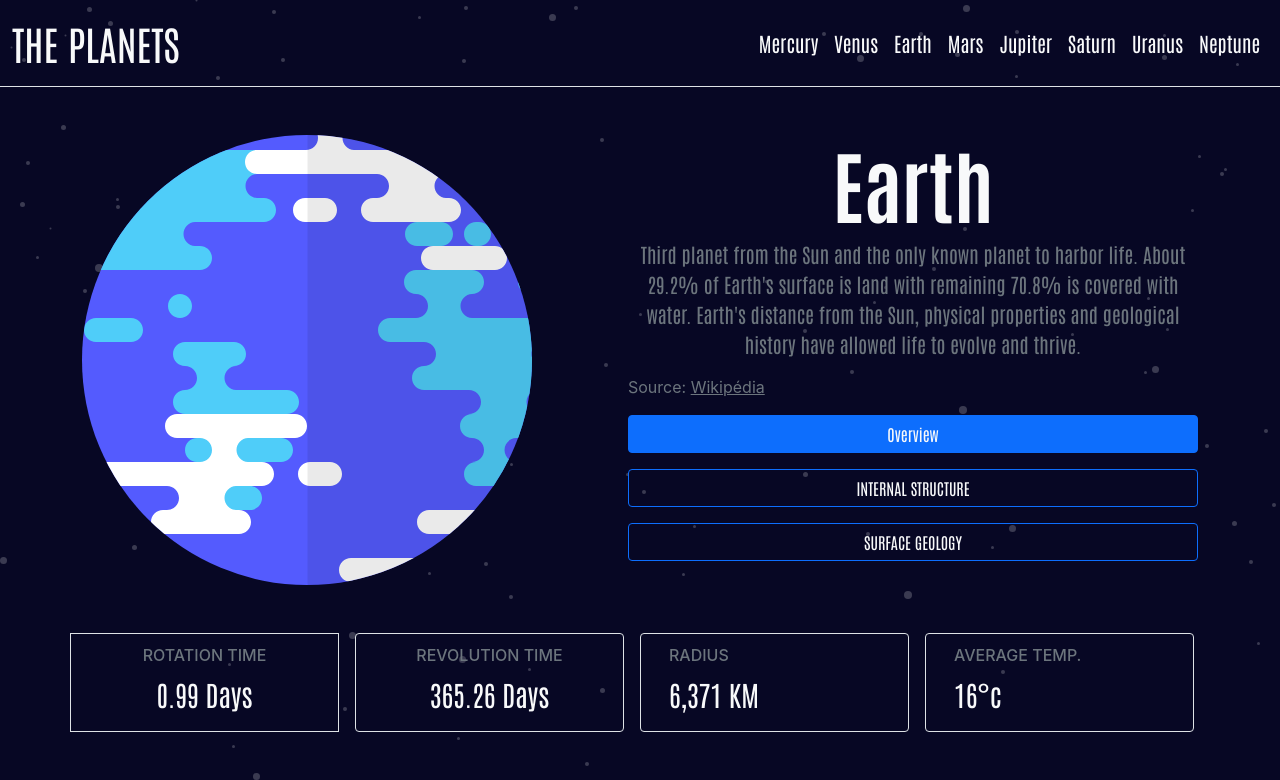
Repository: andre06x/the-planets
Page: /
These files come from the project's save history. The page is drawn as it stood at one moment and after the next save; the edit follows.
The browser window is 1280 px wide. The pictures show the whole page.
The project was rebuilt for these pictures with package versions that can differ from the ones it lists, and the page was loaded fresh each time.

Above is the page before, as saved 2021-10-19 16:41:49.

### public/index.html
<!DOCTYPE html>
<html lang="en">

<head>
  <meta charset="utf-8" />
  <link rel="icon" href="%PUBLIC_URL%/favicon.ico" />
  <meta name="viewport" content="width=device-width, initial-scale=1" />
  <meta name="theme-color" content="#000000" />
  <link rel="preconnect" href="https://fonts.googleapis.com">
  <link rel="preconnect" href="https://fonts.gstatic.com" crossorigin>
  <link href="https://fonts.googleapis.com/css2?family=Antonio:wght@400;500;600;700&display=swap" rel="stylesheet">
  <meta name="description" content="Web site created using create-react-app" />
  <link rel="apple-touch-icon" href="%PUBLIC_URL%/logo192.png" />
  <link rel="manifest" href="%PUBLIC_URL%/manifest.json" />
  <link rel="stylesheet" href="%PUBLIC_URL%/bootstrap-5.1.3-dist/css/bootstrap.min.css">
  <title>React App</title>
</head>

<body>
  <noscript>You need to enable JavaScript to run this app.</noscript>
  <div id="root"></div>
  <script src="./bootstrap-5.1.3-dist/js/bootstrap.min.js"></script>
</body>

</html>

### src/index.js
import React from 'react';
import ReactDOM from 'react-dom';
import App from './App';
import reportWebVitals from './reportWebVitals';
import Global from './styles/global';

ReactDOM.render(
  <React.StrictMode>
    <Global />
    <App />
  </React.StrictMode>,
  document.getElementById('root')
);

// If you want to start measuring performance in your app, pass a function
// to log results (for example: reportWebVitals(console.log))
// or send to an analytics endpoint. Learn more: https://bit.ly/CRA-vitals
reportWebVitals();

### src/App.js
import logo from './logo.svg';
// import './App.css';
import Header from './components/Header';
import Container from './components/Container';

function App() {
  return (
    <div className="App">
      <Header />
      <Container />
    </div>
  );
}

export default App;

### src/styles/global.js
import { createGlobalStyle } from 'styled-components';
import img from '../background-stars.svg';

export default createGlobalStyle`
  body {
    background-image: url(${img});
    background-color: #070724;
    background-repeat: repeat;
  margin: 0;
  font-family: -apple-system, BlinkMacSystemFont, 'Segoe UI', 'Roboto', 'Oxygen',
    'Ubuntu', 'Cantarell', 'Fira Sans', 'Droid Sans', 'Helvetica Neue',
    sans-serif;
  -webkit-font-smoothing: antialiased;
  -moz-osx-font-smoothing: grayscale;
}

code {
  font-family: source-code-pro, Menlo, Monaco, Consolas, 'Courier New',
    monospace;
}
`;

### src/components/Header.js
import React, { useEffect } from 'react';
import data from '../data.json';
import { usePlanet } from '../zustand';

const Header = () => {
  const planetSetar = usePlanet(state => state.nomePlanet);
  const planet = usePlanet(state => state.planet);

  useEffect(() => {
    console.log(planet)
  }, [planet])

  return (
    <nav class="navbar navbar-expand-lg navbar-dark bg-transparent border-bottom border-muted ">
      <div class="container-fluid d-flex justify-content-between">
        <a class="navbar-brand fs-1 text-light font-antonio" href="#">THE PLANETS</a>
        <button class="navbar-toggler text-light" type="button" data-bs-toggle="collapse" data-bs-target="#navbarSupportedContent" aria-controls="navbarSupportedContent" aria-expanded="false" aria-label="Toggle navigation">
          <span class="navbar-toggler-icon text-light"></span>
        </button>
        <div class="collapse navbar-collapse justify-content-end" id="navbarSupportedContent">
          <div>
            <ul class="navbar-nav me-auto mb-2 mb-lg-0">
              {
                data.map(d => (
                  <li class="nav-item">
                    <a
                      class="nav-link active text-light fs-5 font-antonio"
                      aria-current="page"
                      href="#"
                      onClick={() => planetSetar(d.name)}
                    >
                      {d.name}
                    </a>
                  </li>
                ))
              }
            </ul>
          </div>
        </div>
      </div>
    </nav>
  )
}



export default Header

### src/components/Container.js
import React, { useEffect, useState } from 'react';
// import earth from '../assets/planet-earth.svg';
import data from '../data.json';
import { usePlanet } from '../zustand';

const Container = () => {
  const [selectBox, setSelectBox] = useState(1);
  const planet = usePlanet(state => state.planet);
  // const [planet, setPlanet] = useState('Earth');
  const [text, setText] = useState(data.filter(d => d.name === planet)[0].overview);
  const [imagee, setImagee] = useState('assets/planet-earth.svg');
  const [dataPlanet, setDataPlanet] = useState(['']);



  const op = [
    { id: 1, titulo: 'Overview' },
    { id: 2, titulo: 'INTERNAL STRUCTURE' },
    { id: 3, titulo: 'SURFACE GEOLOGY' },
  ]

  function buttonChange(o) {
    setSelectBox(o.id);

    if (o.id === 1) {
      setText(data.filter(d => d.name === planet)[0].overview);
      setImagee(data.filter(d => d.name === planet)[0].images.planet);
    }

    if (o.id === 2) {
      setText(data.filter(d => d.name === planet)[0].structure);
      setImagee(data.filter(d => d.name === planet)[0].images.internal);

    }

    if (o.id === 3) {
      setText(data.filter(d => d.name === planet)[0].geology);
      setImagee(data.filter(d => d.name === planet)[0].images.geology);

    }

  }

  useEffect(() => {
    setDataPlanet(data.filter(d => d.name === planet)[0]);
    setImagee(data.filter(d => d.name === planet)[0].images.planet);
    setText(data.filter(d => d.name === planet)[0].overview);
    setSelectBox(1);

  }, [planet]);
  return (
    <div className="container mt-md-5">
      <div className="d-flex flex-column">
        <div className="d-flex flex-md-row flex-column-reverse justify-content-between">
          <div className="me-md-5 d-flex justify-content-center">
            <img src={imagee} alt="" />
          </div>
          <div className="ms-md-5 d-flex flex-md-column flex-column-reverse">
            <h1 className="display-1 text-light font-antonio fw-bold text-center">
              {planet}
            </h1>
            <p className="lead text-muted font-antonio text-center">
              {text.content}
            </p>
            <span className="text-secondary">
              Source: <a href="" className="text-secondary"> Wikipédia</a>
            </span>

            <div className="d-flex flex-md-column mt-md-3 font-antonio fw-bold">
              {op.map(o => (
                <button
                  className={`btn text-light btn-outline-primary mb-3 col-4 col-md-12 ${selectBox === o.id ? ' btn-primary' : ''}`}
                  onClick={() => buttonChange(o)}
                >
                  {o.titulo}
                </button>
              ))}
            </div>
          </div>
        </div>
      </div>
      <div className="row mt-5 mb-5 flex-md-row flex-column">
        <div class="col me-3 bg-transparent border">
          <div class="card-body d-flex flex-md-column justify-content-between align-items-center">
            <h6 class="card-subtitle mb-md-2 text-muted">
              ROTATION TIME
            </h6>
            <p class="card-text text-light font-antonio fs-md-1 fs-3">
              {dataPlanet.rotation}
            </p>
          </div>
        </div>
        <div class="card col me-3 bg-transparent border">
        <div class="card-body d-flex flex-md-column justify-content-between align-items-center">
        <h6 class="card-subtitle mb-md-2 text-muted">
              REVOLUTION TIME
            </h6>
            <p class="card-text text-light font-antonio fs-md-1 fs-3">
              {dataPlanet.revolution}
            </p>
          </div>
        </div>
        <div class="card col me-3 bg-transparent border">
          <div class="card-body">
            <h6 class="card-subtitle mb-2 text-muted">
              RADIUS
            </h6>
            <p class="card-text text-light font-antonio fs-md-1 fs-3">
              {dataPlanet.radius}
            </p>
          </div>
        </div>
        <div class="card col me-3 bg-transparent border">
          <div class="card-body">
            <h6 class="card-subtitle mb-2 text-muted">
              AVERAGE TEMP.
            </h6>
            <p class="card-text text-light font-antonio fs-md-1 fs-3">
              {dataPlanet.temperature}
            </p>
          </div>
        </div>
      </div>
    </div>
  )
}

export default Container;

### src/data.json
[
  {
    "name": "Mercury",
    "overview": {
      "content": "Mercury is the smallest planet in the Solar System and the closest to the Sun. Its orbit around the Sun takes 87.97 Earth days, the shortest of all the Sun's planets. Mercury is one of four terrestrial planets in the Solar System, and is a rocky body like Earth.",
      "source": "https://en.wikipedia.org/wiki/Mercury_(planet)"
    },
    "structure": {
      "content": "Mercury appears to have a solid silicate crust and mantle overlying a solid, iron sulfide outer core layer, a deeper liquid core layer, and a solid inner core. The planet's density is the second highest in the Solar System at 5.427 g/cm3 , only slightly less than Earth's density.",
      "source": "https://en.wikipedia.org/wiki/Mercury_(planet)#Internal_structure"
    },
    "geology": {
      "content": "Mercury's surface is similar in appearance to that of the Moon, showing extensive mare-like plains and heavy cratering, indicating that it has been geologically inactive for billions of years. It is more heterogeneous than either Mars's or the Moon’s.",
      "source": "https://en.wikipedia.org/wiki/Mercury_(planet)#Surface_geology"
    },
    "rotation": "58.6 Days",
    "revolution": "87.97 Days",
    "radius": "2,439.7 KM",
    "temperature": "430°c",
    "images": {
      "planet": "assets/planet-mercury.svg",
      "internal": "assets/planet-mercury-internal.svg",
      "geology": "assets/geology-mercury.png"
    }
  },
  {
    "name": "Venus",
    "overview": {
      "content": "Venus is the second planet from the Sun. It is named after the Roman goddess of love and beauty. As the brightest natural object in Earth's night sky after the Moon, Venus can cast shadows and can be, on rare occasions, visible to the naked eye in broad daylight.",
      "source": "https://en.wikipedia.org/wiki/Venus"
    },
    "structure": {
      "content": "The similarity in size and density between Venus and Earth suggests they share a similar internal structure: a core, mantle, and crust. Like that of Earth, Venusian core is most likely at least partially liquid because the two planets have been cooling at about the same rate.",
      "source": "https://en.wikipedia.org/wiki/Venus#Internal_structure"
    },
    "geology": {
      "content": "Much of the Venusian surface appears to have been shaped by volcanic activity. Venus has several times as many volcanoes as Earth, and it has 167 large volcanoes that are over 100 km (60 mi) across. The only volcanic complex of this size on Earth is the Big Island of Hawaii.",
      "source": "https://en.wikipedia.org/wiki/Venus#Surface_geology"
    },
    "rotation": "243 Days",
    "revolution": "224.7 Days",
    "radius": "6,051.8 KM",
    "temperature": "471°c",
    "images": {
      "planet": "assets/planet-venus.svg",
      "internal": "assets/planet-venus-internal.svg",
      "geology": "assets/geology-venus.png"
    }
  },
  {
    "name": "Earth",
    "overview": {
      "content": "Third planet from the Sun and the only known planet to harbor life. About 29.2% of Earth's surface is land with remaining 70.8% is covered with water. Earth's distance from the Sun, physical properties and geological history have allowed life to evolve and thrive.",
      "source": "https://en.wikipedia.org/wiki/Earth"
    },
    "structure": {
      "content": "Earth's interior, like that of the other terrestrial planets, is divided into layers by their chemical or physical (rheological) properties. The outer layer is a chemically distinct silicate solid crust, which is underlain by a highly viscous solid mantle.",
      "source": "https://en.wikipedia.org/wiki/Earth#Internal_structure"
    },
    "geology": {
      "content": "The total surface area of Earth is about 510 million km2. The continental crust consists of lower density material such as the igneous rocks granite and andesite. Less common is basalt, a denser volcanic rock that is the primary constituent of the ocean floors.",
      "source": "https://en.wikipedia.org/wiki/Earth#Surface"
    },
    "rotation": "0.99 Days",
    "revolution": "365.26 Days",
    "radius": "6,371 KM",
    "temperature": "16°c",
    "images": {
      "planet": "assets/planet-earth.svg",
      "internal": "assets/planet-earth-internal.svg",
      "geology": "assets/geology-earth.png"
    }
  },
  {
    "name": "Mars",
    "overview": {
      "content": "Mars is the fourth planet from the Sun and the second-smallest planet in the Solar System, being larger than only Mercury. In English, Mars carries the name of the Roman god of war and is often referred to as the \"Red Planet\".",
      "source": "https://en.wikipedia.org/wiki/Mars"
    },
    "structure": {
      "content": "Like Earth, Mars has differentiated into a dense metallic core overlaid by less dense materials. Scientists initially determined that the core is at least partially liquid. Current models of its interior imply a core consisting primarily of iron and nickel with about 16–17% sulfur.",
      "source": "https://en.wikipedia.org/wiki/Mars#Internal_structure"
    },
    "geology": {
      "content": "Mars is a terrestrial planet whose surface consists of minerals containing silicon and oxygen, metals, and other elements that typically make up rock. The surface is primarily composed of tholeiitic basalt, although parts are more silica-rich than typical basalt.",
      "source": "https://en.wikipedia.org/wiki/Mars#Surface_geology"
    },
    "rotation": "1.03 Days",
    "revolution": "1.88 Years",
    "radius": "3,389.5 KM",
    "temperature": "-28°c",
    "images": {
      "planet": "assets/planet-mars.svg",
      "internal": "assets/planet-mars-internal.svg",
      "geology": "assets/geology-mars.png"
    }
  },
  {
    "name": "Jupiter",
    "overview": {
      "content": "Jupiter is the fifth planet from the Sun and the largest in the Solar System. It is a gas giant with a mass two and a half times that of all the other planets in the Solar System combined, but less than one-thousandth the mass of the Sun.",
      "source": "https://en.wikipedia.org/wiki/Jupiter"
    },
    "structure": {
      "content": "When the Juno arrived in 2016, it found that Jupiter has a very diffuse core that mixes into its mantle. A possible cause is an impact from a planet of about ten Earth masses a few million years after Jupiter's formation, which would have disrupted an originally solid Jovian core.",
      "source": "https://en.wikipedia.org/wiki/Jupiter#Internal_structure"
    },
    "geology": {
      "content": "The best known feature of Jupiter is the Great Red Spot, a persistent anticyclonic storm located 22° south of the equator. It is known to have existed since at least 1831, and possibly since 1665.",
      "source": "https://en.wikipedia.org/wiki/Jupiter#Great_Red_Spot_and_other_vortices"
    },
    "rotation": "9.93 Hours",
    "revolution": "11.86 Years",
    "radius": "69,911 KM",
    "temperature": "-108°c",
    "images": {
      "planet": "assets/planet-jupiter.svg",
      "internal": "assets/planet-jupiter-internal.svg",
      "geology": "assets/geology-jupiter.png"
    }
  },
  {
    "name": "Saturn",
    "overview": {
      "content": "Saturn is the sixth planet from the Sun and the second-largest in the Solar System, after Jupiter. It is a gas giant with an average radius of about nine and a half times that of Earth. It only has one-eighth the average density of Earth.",
      "source": "https://en.wikipedia.org/wiki/Saturn"
    },
    "structure": {
      "content": "Despite consisting mostly of hydrogen and helium, most of Saturn's mass is not in the gas phase, because hydrogen becomes a non-ideal liquid when the density is above 0.01 g/cm3, which is reached at a radius containing 99.9% of Saturn's mass.",
      "source": "https://en.wikipedia.org/wiki/Saturn#Internal_structure"
    },
    "geology": {
      "content": "The outer atmosphere of Saturn contains 96.3% molecular hydrogen and 3.25% helium by volume. The planet's most famous feature is its prominent ring system, which is composed mostly of ice particles with a smaller amount of rocky debris and dust.",
      "source": "https://en.wikipedia.org/wiki/Saturn#Atmosphere"
    },
    "rotation": "10.8 Hours",
    "revolution": "29.46 Years",
    "radius": "58,232 KM",
    "temperature": "-138°c",
    "images": {
      "planet": "assets/planet-saturn.svg",
      "internal": "assets/planet-saturn-internal.svg",
      "geology": "assets/geology-saturn.png"
    }
  },
  {
    "name": "Uranus",
    "overview": {
      "content": "Uranus is the seventh planet from the Sun. Its name is a reference to the Greek god of the sky, Uranus according to Greek mythology, was the great-grandfather of Ares. It has the third-largest planetary radius and fourth-largest planetary mass in the Solar System.",
      "source": "https://en.wikipedia.org/wiki/Uranus"
    },
    "structure": {
      "content": "The standard model of Uranus's structure is that it consists of three layers: a rocky (silicate/iron–nickel) core in the centre, an icy mantle in the middle and an outer gaseous hydrogen/helium envelope. The core is relatively small, with a mass of only 0.55 Earth masses.",
      "source": "https://en.wikipedia.org/wiki/Uranus#Internal_structure"
    },
    "geology": {
      "content": "The composition of Uranus's atmosphere is different from its bulk, consisting mainly of molecular hydrogen and helium. The helium molar fraction, i.e. the number of helium atoms per molecule of gas, is 0.15±0.03 in the upper troposphere.",
      "source": "https://en.wikipedia.org/wiki/Uranus#Atmosphere"
    },
    "rotation": "17.2 Hours",
    "revolution": "84 Years",
    "radius": "25,362 KM",
    "temperature": "-195°c",
    "images": {
      "planet": "assets/planet-uranus.svg",
      "internal": "assets/planet-uranus-internal.svg",
      "geology": "assets/geology-uranus.png"
    }
  },
  {
    "name": "Neptune",
    "overview": {
      "content": "Neptune is the eighth and farthest-known Solar planet from the Sun. In the Solar System, it is the fourth-largest planet by diameter, the third-most-massive planet, and the densest giant planet. It is 17 times the mass of Earth, more massive than its near-twin Uranus.",
      "source": "https://en.wikipedia.org/wiki/Neptune"
    },
    "structure": {
      "content": "Neptune's internal structure resembles that of Uranus. Its atmosphere forms about 5% to 10% of its mass and extends perhaps 10% to 20% of the way towards the core. Increasing concentrations of methane, ammonia and water are found in the lower regions.",
      "source": "https://en.wikipedia.org/wiki/Neptune#Internal_structure"
    },
    "geology": {
      "content": "Neptune's atmosphere is 80% hydrogen and 19% helium. A trace amount of methane is also present. Prominent absorption bands of methane exist at wavelengths above 600 nm, in the red and infrared portion of the spectrum.",
      "source": "https://en.wikipedia.org/wiki/Neptune#Atmosphere"
    },
    "rotation": "16.08 Hours",
    "revolution": "164.79 Years",
    "radius": "24,622 KM",
    "temperature": "-201°c",
    "images": {
      "planet": "assets/planet-neptune.svg",
      "internal": "assets/planet-neptune-internal.svg",
      "geology": "assets/geology-neptune.png"
    }
  }
]

### src/zustand/index.js
import create from 'zustand';

const usePlanet = create(set => ({
  planet: 'Earth',
  nomePlanet: (namePlanet) => set(state => ({ planet: namePlanet}))
}))

export { usePlanet }

Loaded but not shown: src/reportWebVitals.js (common file); public/bootstrap-5.1.3-dist/css/bootstrap.min.css (library); public/bootstrap-5.1.3-dist/js/bootstrap.min.js (library)

After the next save:
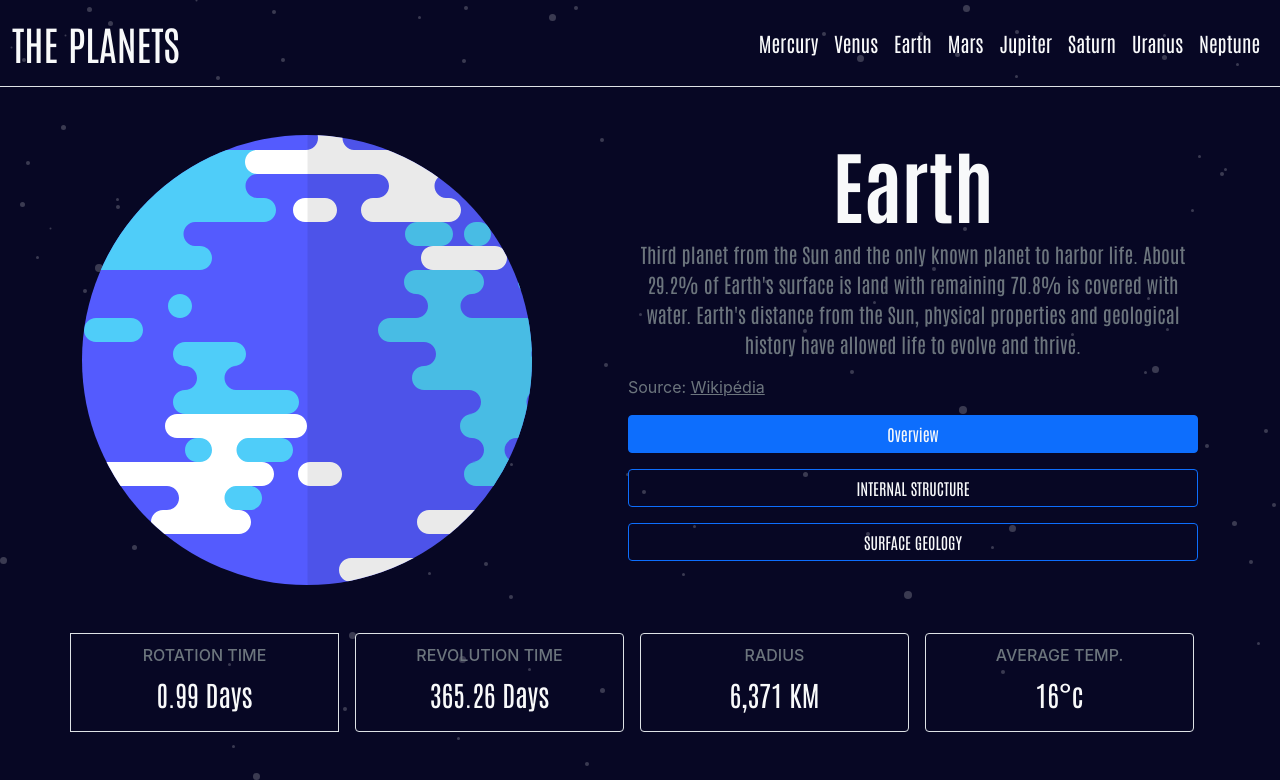
Saved 15 s later.
--- a/src/components/Container.js
+++ b/src/components/Container.js
@@ -101,8 +101,8 @@ const Container = () => {
           </div>
         </div>
         <div class="card col me-3 bg-transparent border">
-          <div class="card-body">
-            <h6 class="card-subtitle mb-2 text-muted">
+        <div class="card-body d-flex flex-md-column justify-content-between align-items-center">
+        <h6 class="card-subtitle mb-md-2 text-muted">
               RADIUS
             </h6>
             <p class="card-text text-light font-antonio fs-md-1 fs-3">
@@ -111,8 +111,8 @@ const Container = () => {
           </div>
         </div>
         <div class="card col me-3 bg-transparent border">
-          <div class="card-body">
-            <h6 class="card-subtitle mb-2 text-muted">
+        <div class="card-body d-flex flex-md-column justify-content-between align-items-center">
+        <h6 class="card-subtitle mb-md-2 text-muted">
               AVERAGE TEMP.
             </h6>
             <p class="card-text text-light font-antonio fs-md-1 fs-3">
